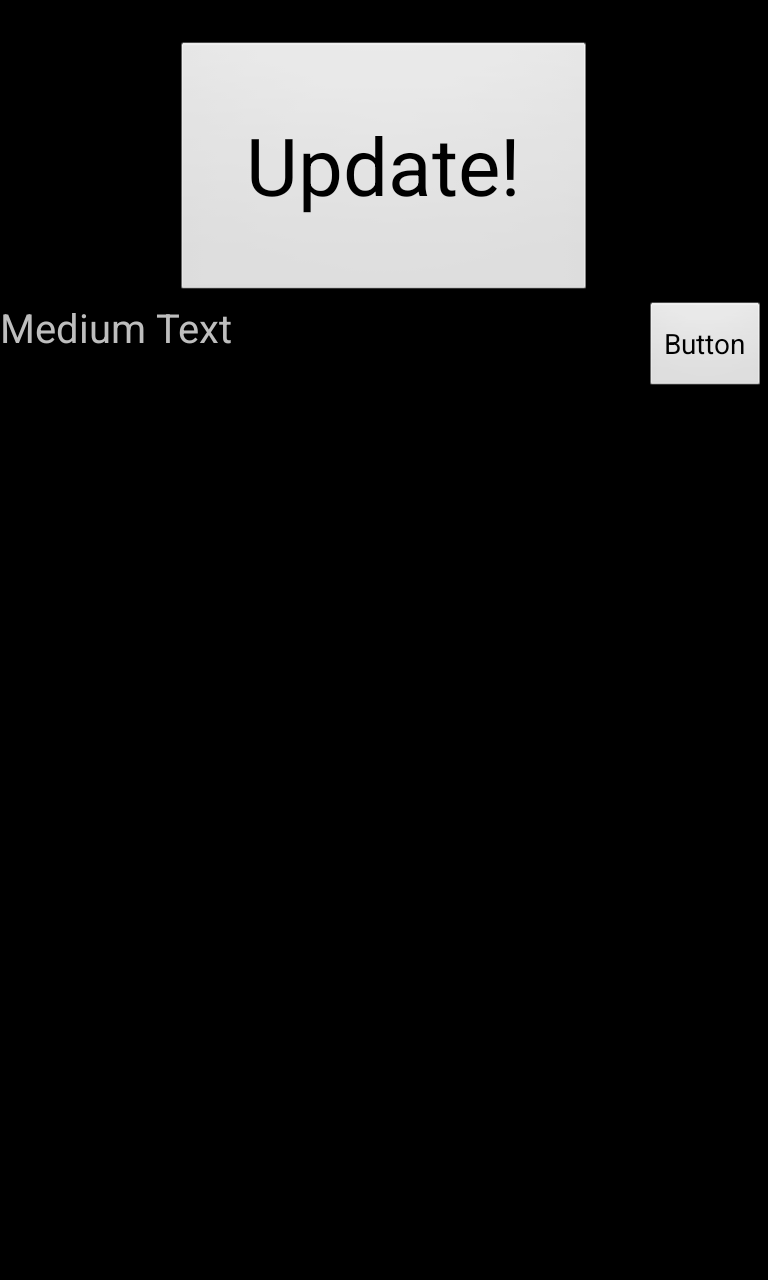
Repository: hgrateam/HangaramAPP_OLD-v2.0.6
Layout: HangaramAPP/res/layout/dbupdate.xml
The author's editor kept a copy of each file at every save. The layout is drawn from the files as they stood at one save, then again after the next save.
It is drawn on a 768 x 1280 px phone screen (xhdpi) without system bars, with theme android:Theme.Black.NoTitleBar; the app's code is not run.

Above is the layout before, as saved 2012-07-14 09:38:30.

### HangaramAPP/res/layout/dbupdate.xml
<?xml version="1.0" encoding="utf-8"?>
<LinearLayout xmlns:android="http://schemas.android.com/apk/res/android"
    android:layout_width="fill_parent"
    android:layout_height="fill_parent"
    android:orientation="vertical" >

    <Button
        android:id="@+id/updatebot"
        android:layout_width="210dp"
        android:layout_height="130dp"
        android:layout_marginTop="20dp"
        android:layout_gravity="center|top"
        android:gravity="center"
        android:text="Update!"
        android:textSize="40dp"/>

    <FrameLayout
        android:layout_width="fill_parent"
        android:layout_height="wrap_content"
        android:gravity="center">

        <TextView
            android:id="@+id/textView1"
            android:layout_width="wrap_content"
            android:layout_height="wrap_content"
            android:text="Medium Text"
            android:layout_gravity="left"
            android:textSize="20dp" />

        <Button
            android:id="@+id/button1"
            android:layout_width="wrap_content"
            android:layout_height="wrap_content"
            android:layout_gravity="right"
            android:text="Button" />

    </FrameLayout>

</LinearLayout>

After the next save:
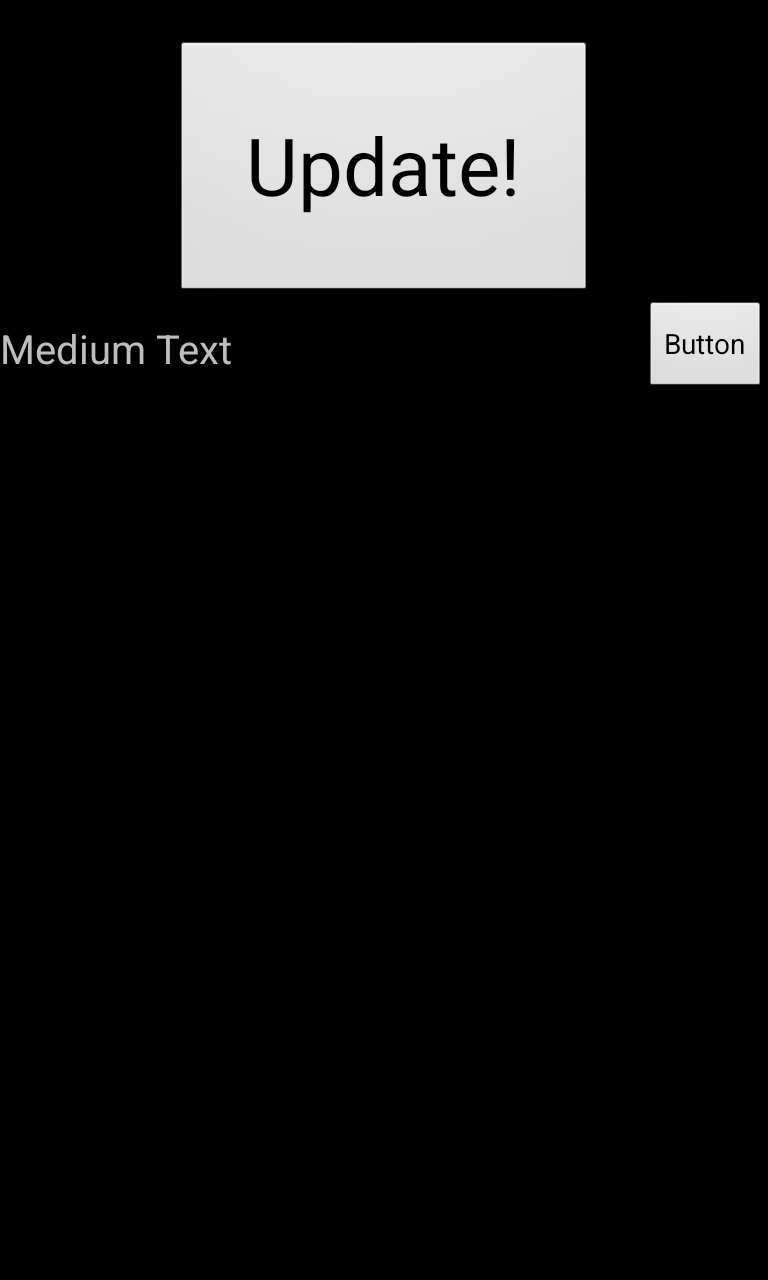
Saved 11 s later.
--- a/HangaramAPP/res/layout/dbupdate.xml
+++ b/HangaramAPP/res/layout/dbupdate.xml
@@ -24,14 +24,14 @@
             android:layout_width="wrap_content"
             android:layout_height="wrap_content"
             android:text="Medium Text"
-            android:layout_gravity="left"
+            android:layout_gravity="left|center"
             android:textSize="20dp" />
 
         <Button
             android:id="@+id/button1"
             android:layout_width="wrap_content"
             android:layout_height="wrap_content"
-            android:layout_gravity="right"
+            android:layout_gravity="right|center"
             android:text="Button" />
 
     </FrameLayout>
